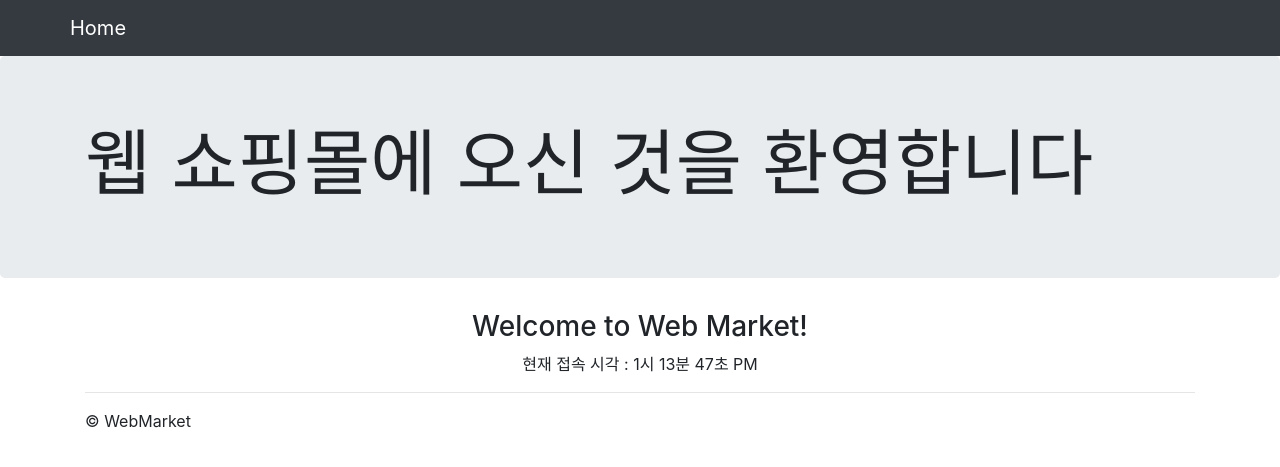
Repository: CheolHo-0428/JSP-Web-Programming
Page: http://localhost/WebMarket/welcome.jsp
An editor plug-in stored every save of this project. The page is shown before and after the next save, followed by the edit.
The browser window is 1280 px wide. The pictures show the whole page.
The page is served by Tomcat 9. Other server files are loaded and not shown.

Above is the page before, as saved 2021-05-08 06:59:48.

### WebMarket/src/main/webapp/welcome.jsp
<%@ page language="java" contentType="text/html; charset=UTF-8"
    pageEncoding="UTF-8"%>
<%@ page import="java.util.Date" %>
<!DOCTYPE html>
<html>
<head>
<meta charset="UTF-8">
<title>Welcome</title>
</head>
<!-- Bootstrap CSS -->
    <link href="https://maxcdn.bootstrapcdn.com/bootstrap/4.0.0/css/bootstrap.min.css"
    	rel="stylesheet">
<body>
	<nav class="navbar navbar-expand navbar-dark bg-dark">
		<div class="container">
			<div class = "navbar-header">
				<a class = "navbar-brand" href="./welcome.jsp">Home</a>
			</div>
		</div>
	</nav>
	<%
		String greeting = "웹 쇼핑몰에 오신 것을 환영합니다";
		String tagline = "Welcome to Web Market!";
	%>
	<div class = "jumbotron">
		<div class = "container">
			<h1 class = "display-3">
					<%= greeting %>
			</h1>
		</div>
	</div>
	<div class = "container">
		<div class = "text-center">
			<h3><%= tagline %></h3>
			<p>
				<%
					Date day = new Date();
					String am_pm;
					int hour = day.getHours();
					int minute = day.getHours();
					int second = day.getSeconds();
					if(hour/12 == 0){
						am_pm = "AM";
					} else {
						am_pm = "PM";
						hour = hour-12;
					}

					String CT = hour + "시 " + minute + "분 " + second + "초 " + am_pm;

					out.println("현재 접속 시각 : " + CT +"\n");
				%>
			</p>
		</div>
		<hr>
	</div>
	<footer class = "container">
		<p>&copy; WebMarket</p>
	</footer>

</body>
</html>

After the next save:
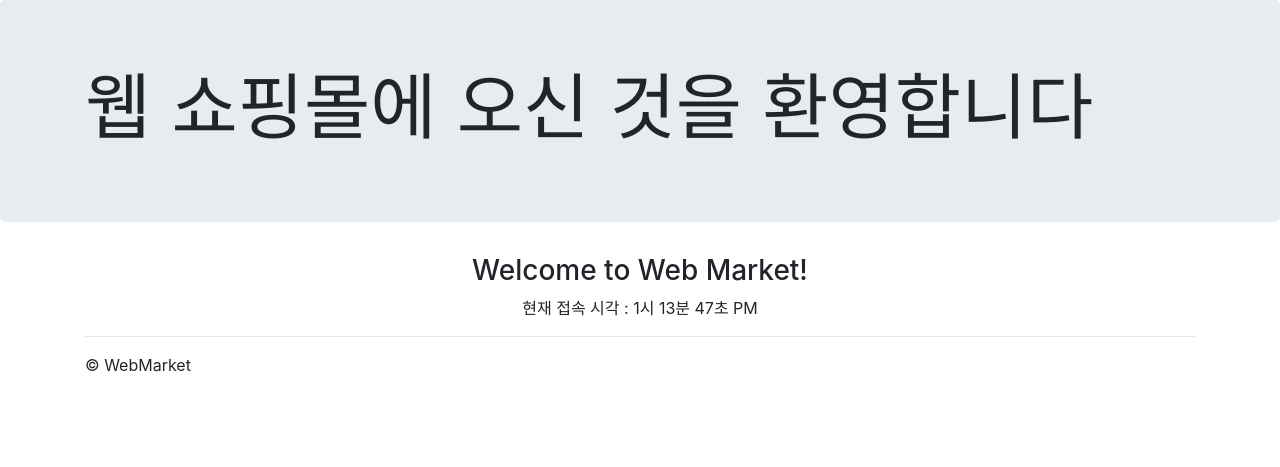
Saved 18 s later.
--- a/WebMarket/src/main/webapp/welcome.jsp
+++ b/WebMarket/src/main/webapp/welcome.jsp
@@ -11,13 +11,7 @@
     <link href="https://maxcdn.bootstrapcdn.com/bootstrap/4.0.0/css/bootstrap.min.css"
     	rel="stylesheet">
 <body>
-	<nav class="navbar navbar-expand navbar-dark bg-dark">
-		<div class="container">
-			<div class = "navbar-header">
-				<a class = "navbar-brand" href="./welcome.jsp">Home</a>
-			</div>
-		</div>
-	</nav>
+
 	<%
 		String greeting = "웹 쇼핑몰에 오신 것을 환영합니다";
 		String tagline = "Welcome to Web Market!";
